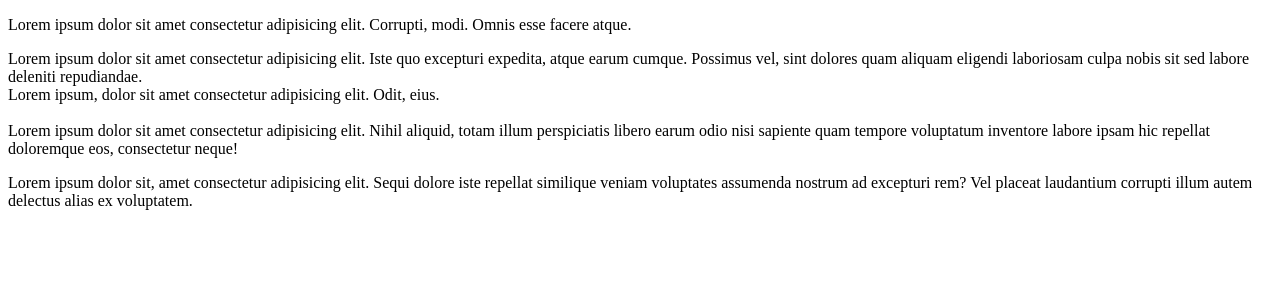
Repository: mitantsoa1/cash
Page: http://localhost/Views/Back/doc.php
An editor plug-in stored every save of this project. The page is shown before and after the next save, followed by the edit.
The browser window is 1280 px wide. The pictures show the whole page.
The page is run by PHP 8.4 with error messages shown; the project is at /var/www/html/.

Above is the page before, as saved 2021-02-03 07:38:59.

### Views/Back/doc.php
<!DOCTYPE html>
<html lang="en">
<head>
    <meta charset="UTF-8">
    <meta name="viewport" content="width=device-width, initial-scale=1.0">
    <title>Document</title>
</head>
<body>
    <div class="container doc">
        <p class="text-center m-t-50 m-b-50">
            Lorem ipsum dolor sit amet consectetur adipisicing elit. Corrupti, modi. Omnis esse facere atque. <br>
        </p>
       <div class="row">
            <div class="col-sm-6">
                <p>
                    Lorem ipsum dolor sit amet consectetur adipisicing elit. Iste quo excepturi expedita, atque earum cumque. Possimus vel, sint dolores quam aliquam eligendi laboriosam culpa nobis sit sed labore deleniti repudiandae. <br>
                    Lorem ipsum, dolor sit amet consectetur adipisicing elit. Odit, eius. <br><br>
                    Lorem ipsum dolor sit amet consectetur adipisicing elit. Nihil aliquid, totam illum perspiciatis libero earum odio nisi sapiente quam tempore voluptatum inventore labore ipsam hic repellat doloremque eos, consectetur neque!
                </p>

            </div>
            <div class="col-sm-6">
                <p>
                    Lorem ipsum dolor sit, amet consectetur adipisicing elit. Sequi dolore iste repellat similique veniam voluptates assumenda nostrum ad excepturi rem? Vel placeat laudantium corrupti illum autem delectus alias ex voluptatem. <br><br>

                </p>
            </div>
       </div>
    </div>
</body>
</html>

After the next save:
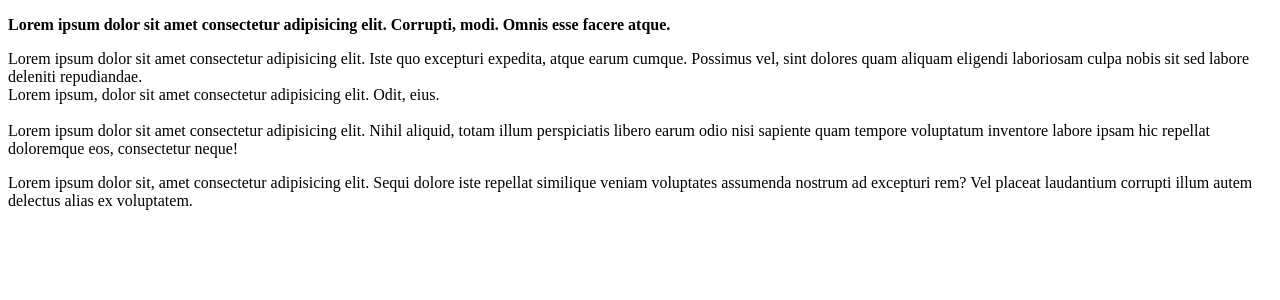
Saved 29 s later.
--- a/Views/Back/doc.php
+++ b/Views/Back/doc.php
@@ -8,7 +8,7 @@
 <body>
     <div class="container doc">
         <p class="text-center m-t-50 m-b-50">
-            Lorem ipsum dolor sit amet consectetur adipisicing elit. Corrupti, modi. Omnis esse facere atque. <br>
+           <b>Lorem ipsum dolor sit amet consectetur adipisicing elit. Corrupti, modi. Omnis esse facere atque.</b>  <br>
         </p>
        <div class="row">
             <div class="col-sm-6">
